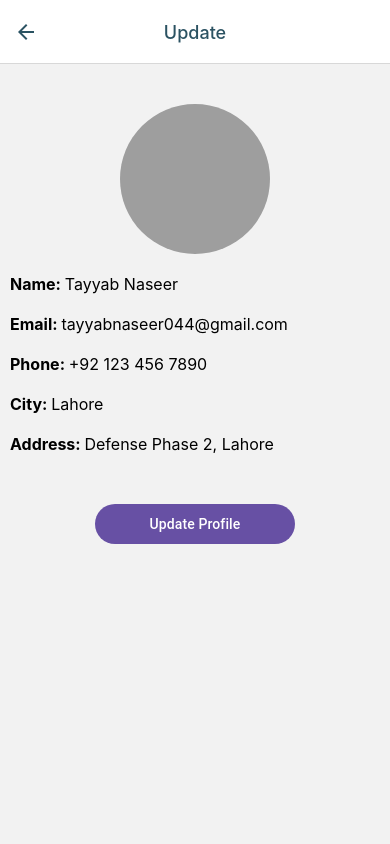
Repository: SaudCh/Expo-Pethub
Screen: /UpdateProfile
An editor plug-in stored every save of this project. The screen is shown before and after the next save, followed by the edit.
Pictures or frames that could not be fetched are drawn as grey boxes. The app was drawn by React Native's web renderer in a window 390 px wide. The project was rebuilt for these pictures with package versions that can differ from the ones it lists, and the page was loaded fresh each time. Also part of the build but not shown: Screens/Signup.js, Screens/Home.js, Screens/Profile.js, Components/Avatar.js.

Above is the screen before, as saved 2022-11-15 00:30:27.

After the next save:
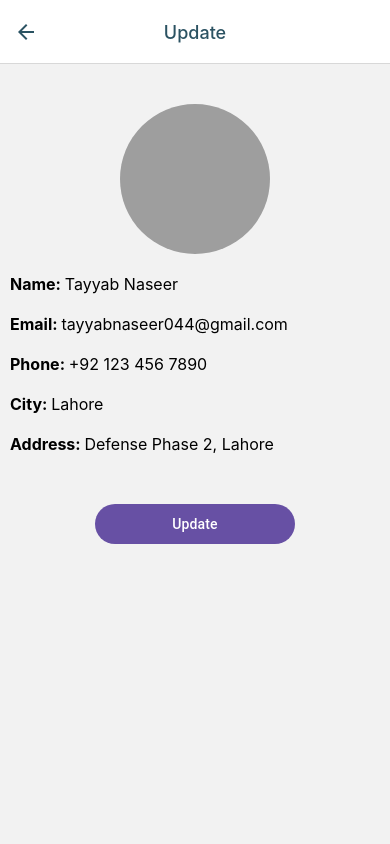
Saved 9 s later.
--- a/Screens/UpdateProfile.js
+++ b/Screens/UpdateProfile.js
@@ -51,7 +51,7 @@ export default function Profile() {
             </View>
 
             <Button onPress={() => navigation.navigate("UpdateProfile")} mode='contained' style={{ width: 200, alignSelf: 'center', marginTop: 50 }}>
-                Update Profile
+                Update
             </Button>
         </View>
     )
